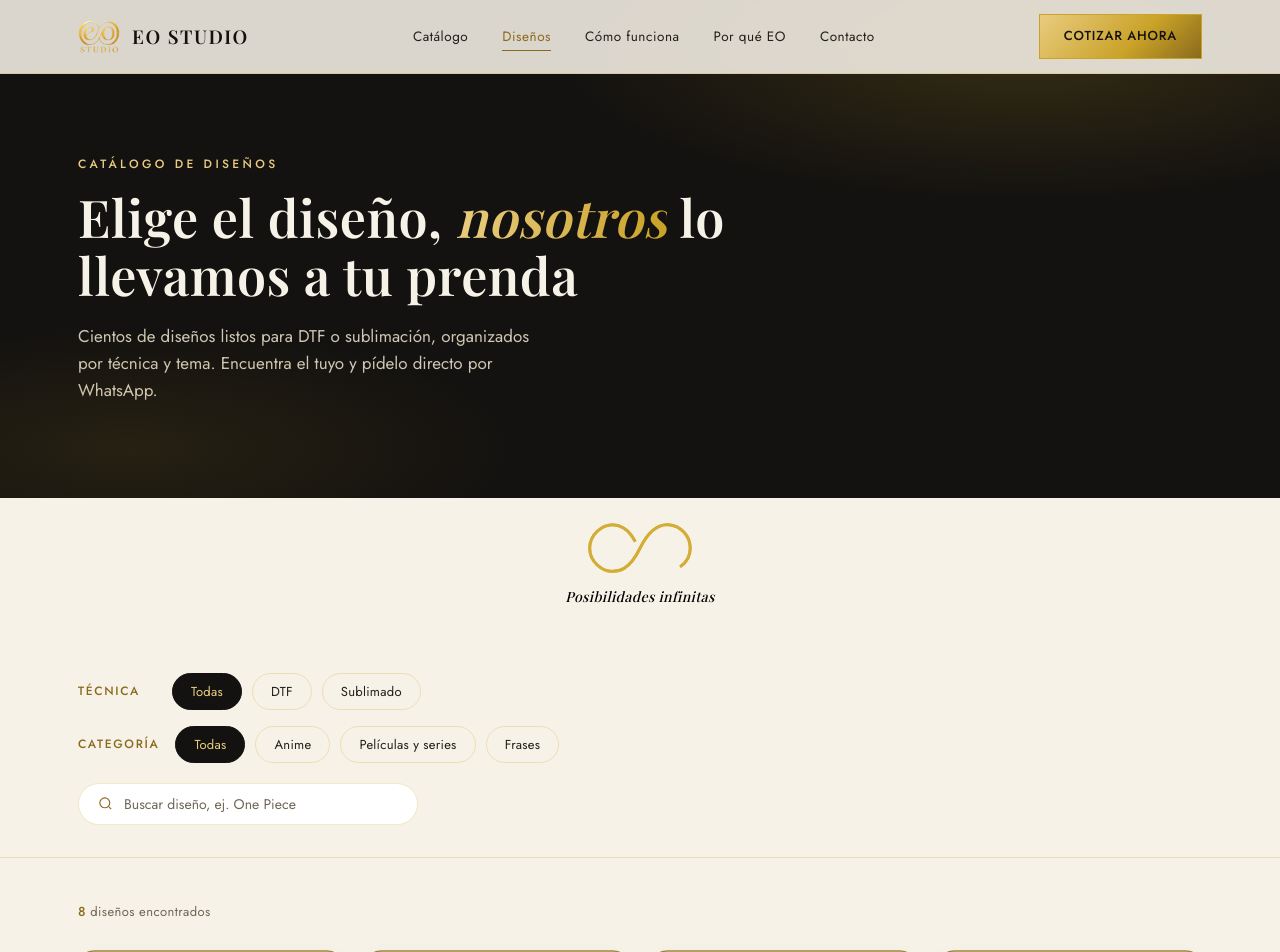
Repository: JAVIERYESE/EO_STUDIO
Page: disenos.html
The author's editor kept a copy of each file at every save. The page is drawn from the files as they stood at one save, then again after the next save.
The browser window is 1280 px wide. The pictures show the part of the page from y = 0 to 952 px (the page is 2695 px tall).
Pictures or frames that could not be fetched are drawn as grey boxes. Some web fonts or font styles are not loaded; a fallback is used.

Above is the page before, as saved 2026-08-30 12:17:40.

### disenos.html
<!DOCTYPE html>
<html lang="es">
<head>
<meta charset="UTF-8">
<meta name="viewport" content="width=device-width, initial-scale=1.0">
<title>Catálogo de Diseños — EO Studio</title>
<meta name="description" content="Explora los diseños disponibles en EO Studio para DTF o sublimación: anime, personajes, frases y más.">
<link rel="icon" type="image/png" href="imagenes/logo-120.png">
<link rel="preconnect" href="https://fonts.googleapis.com">
<link rel="preconnect" href="https://fonts.gstatic.com" crossorigin>
<link href="https://fonts.googleapis.com/css2?family=Playfair+Display:ital,wght@0,500;0,600;0,700;1,500&family=Jost:wght@300;400;500;600&display=swap" rel="stylesheet">
<script src="https://unpkg.com/@lottiefiles/lottie-player@latest/dist/lottie-player.js"></script>
<link rel="stylesheet" href="styles.css">
<link rel="stylesheet" href="disenos.css">
</head>
<body>

<header>
  <div class="nav">
    <a class="brand" href="index.html#top">
      <img src="imagenes/logo-120.png" alt="EO Studio">
      <span>EO STUDIO</span>
    </a>
    <nav class="nav-links">
      <a href="index.html#catalogo">Catálogo</a>
      <a href="disenos.html" class="is-current">Diseños</a>
      <a href="index.html#proceso">Cómo funciona</a>
      <a href="index.html#nosotros">Por qué EO</a>
      <a href="index.html#contacto">Contacto</a>
    </nav>
    <div class="nav-cta">
      <a class="btn btn-gold" href="index.html#contacto">Cotizar ahora</a>
      <button class="menu-toggle" aria-label="Abrir menú"><span></span><span></span><span></span></button>
    </div>
  </div>
</header>

<!-- ===== HERO DISEÑOS ===== -->
<section class="hero disenos-hero" id="top">
  <div class="wrap">
    <span class="eyebrow hero-eyebrow">Catálogo de diseños</span>
    <h1>Elige el diseño, <em>nosotros</em> lo llevamos a tu prenda</h1>
    <p class="lead">Cientos de diseños listos para DTF o sublimación, organizados por técnica y tema. Encuentra el tuyo y pídelo directo por WhatsApp.</p>
  </div>
</section>

<div class="mini-infinity-container">
    <lottie-player
        src="imagenes/Infinity Symbol.json"
        background="transparent"
        speed="0.4"
        loop
        autoplay>
    </lottie-player>

    <div class="mini-infinity-tag">
        <span>Posibilidades infinitas</span>
    </div>
</div>
<!-- ===== FILTROS ===== -->
<section class="filtros-section">
  <div class="wrap">

    <div class="filtro-grupo">
      <span class="filtro-label">Técnica</span>
      <div class="filtro-chips" data-filter-group="tecnica">
        <button class="chip is-active" data-value="todas">Todas</button>
        <button class="chip" data-value="dtf">DTF</button>
        <button class="chip" data-value="sublimado">Sublimado</button>
      </div>
    </div>

    <div class="filtro-grupo">
      <span class="filtro-label">Categoría</span>
      <div class="filtro-chips" data-filter-group="categoria">
        <button class="chip is-active" data-value="todas">Todas</button>
        <button class="chip" data-value="anime">Anime</button>
        <button class="chip" data-value="peliculas-series">Películas y series</button>
        <button class="chip" data-value="frases">Frases</button>
      </div>
    </div>

    <div class="filtro-buscador">
      <svg viewBox="0 0 24 24" fill="none" stroke="currentColor" stroke-width="1.6"><circle cx="11" cy="11" r="7"/><path d="m20 20-3.5-3.5"/></svg>
      <input type="text" id="buscador" placeholder="Buscar diseño, ej. One Piece">
    </div>

  </div>
</section>

<!-- ===== GRID DE DISEÑOS ===== -->
<section class="disenos-section">
  <div class="wrap">

    <p class="contador"><span id="contador-num">8</span> diseños encontrados</p>

    <div class="disenos-grid" id="disenos-grid">

      <!-- Tarjeta 1 -->
      <article class="diseno-card" data-tecnica="dtf sublimado" data-categoria="anime" data-nombre="one piece luffy gear 5">
        <div class="diseno-img">
          <img src="imagenes/disenos/anime-onepiece-01.jpg" alt="Diseño One Piece - Luffy Gear 5" loading="lazy">
          <span class="badge-tecnica">DTF · Sublimado</span>
        </div>
        <div class="diseno-info">
          <span class="diseno-cat">Anime</span>
          <h3>One Piece — Luffy Gear 5</h3>
          <a class="btn btn-gold btn-sm" href="https://wa.me/573046168524?text=Hola%2C%20me%20interesa%20el%20diseño%20One%20Piece%20-%20Luffy%20Gear%205" target="_blank" rel="noopener">Pedir este diseño</a>
        </div>
      </article>

      <!-- Tarjeta 2 -->
      <article class="diseno-card" data-tecnica="dtf" data-categoria="anime" data-nombre="dragon ball goku ultra instinto">
        <div class="diseno-img">
          <img src="imagenes/disenos/anime-dragonball-01.jpg" alt="Diseño Dragon Ball - Goku Ultra Instinto" loading="lazy">
          <span class="badge-tecnica">DTF</span>
        </div>
        <div class="diseno-info">
          <span class="diseno-cat">Anime</span>
          <h3>Dragon Ball — Goku Ultra Instinto</h3>
          <a class="btn btn-gold btn-sm" href="https://wa.me/573046168524?text=Hola%2C%20me%20interesa%20el%20diseño%20Dragon%20Ball%20-%20Goku%20Ultra%20Instinto" target="_blank" rel="noopener">Pedir este diseño</a>
        </div>
      </article>

      <!-- Tarjeta 3 -->
      <article class="diseno-card" data-tecnica="sublimado" data-categoria="peliculas-series" data-nombre="stranger things logo">
        <div class="diseno-img">
          <img src="imagenes/disenos/series-strangerthings-01.jpg" alt="Diseño Stranger Things logo" loading="lazy">
          <span class="badge-tecnica">Sublimado</span>
        </div>
        <div class="diseno-info">
          <span class="diseno-cat">Películas y series</span>
          <h3>Stranger Things — Logo clásico</h3>
          <a class="btn btn-gold btn-sm" href="https://wa.me/573046168524?text=Hola%2C%20me%20interesa%20el%20diseño%20Stranger%20Things%20-%20Logo%20clásico" target="_blank" rel="noopener">Pedir este diseño</a>
        </div>
      </article>

      <!-- Tarjeta 4 -->
      <article class="diseno-card" data-tecnica="dtf sublimado" data-categoria="peliculas-series" data-nombre="los simpson bart">
        <div class="diseno-img">
          <img src="imagenes/disenos/series-simpson-01.jpg" alt="Diseño Los Simpson - Bart" loading="lazy">
          <span class="badge-tecnica">DTF · Sublimado</span>
        </div>
        <div class="diseno-info">
          <span class="diseno-cat">Películas y series</span>
          <h3>Los Simpson — Bart</h3>
          <a class="btn btn-gold btn-sm" href="https://wa.me/573046168524?text=Hola%2C%20me%20interesa%20el%20diseño%20Los%20Simpson%20-%20Bart" target="_blank" rel="noopener">Pedir este diseño</a>
        </div>
      </article>

      <!-- Tarjeta 5 -->
      <article class="diseno-card" data-tecnica="dtf" data-categoria="frases" data-nombre="frase motivacional cafe">
        <div class="diseno-img">
          <img src="imagenes/disenos/frases-cafe-01.jpg" alt="Diseño de frase motivacional con café" loading="lazy">
          <span class="badge-tecnica">DTF</span>
        </div>
        <div class="diseno-info">
          <span class="diseno-cat">Frases</span>
          <h3>"Hoy es un buen día" — Tipografía</h3>
          <a class="btn btn-gold btn-sm" href="https://wa.me/573046168524?text=Hola%2C%20me%20interesa%20el%20diseño%20de%20frase%20-%20Hoy%20es%20un%20buen%20día" target="_blank" rel="noopener">Pedir este diseño</a>
        </div>
      </article>

      <!-- Tarjeta 6 -->
      <article class="diseno-card" data-tecnica="sublimado" data-categoria="anime" data-nombre="naruto sasuke">
        <div class="diseno-img">
          <img src="imagenes/disenos/anime-naruto-01.jpg" alt="Diseño Naruto y Sasuke" loading="lazy">
          <span class="badge-tecnica">Sublimado</span>
        </div>
        <div class="diseno-info">
          <span class="diseno-cat">Anime</span>
          <h3>Naruto — Naruto &amp; Sasuke</h3>
          <a class="btn btn-gold btn-sm" href="https://wa.me/573046168524?text=Hola%2C%20me%20interesa%20el%20diseño%20Naruto%20-%20Naruto%20%26%20Sasuke" target="_blank" rel="noopener">Pedir este diseño</a>
        </div>
      </article>

      <!-- Tarjeta 7 -->
      <article class="diseno-card" data-tecnica="dtf" data-categoria="peliculas-series" data-nombre="marvel spiderman">
        <div class="diseno-img">
          <img src="imagenes/disenos/peliculas-spiderman-01.jpg" alt="Diseño Marvel Spiderman" loading="lazy">
          <span class="badge-tecnica">DTF</span>
        </div>
        <div class="diseno-info">
          <span class="diseno-cat">Películas y series</span>
          <h3>Marvel — Spiderman</h3>
          <a class="btn btn-gold btn-sm" href="https://wa.me/573046168524?text=Hola%2C%20me%20interesa%20el%20diseño%20Marvel%20-%20Spiderman" target="_blank" rel="noopener">Pedir este diseño</a>
        </div>
      </article>

      <!-- Tarjeta 8 -->
      <article class="diseno-card" data-tecnica="dtf sublimado" data-categoria="frases" data-nombre="frase mama reina">
        <div class="diseno-img">
          <img src="imagenes/disenos/frases-mama-01.jpg" alt="Diseño de frase para mamá" loading="lazy">
          <span class="badge-tecnica">DTF · Sublimado</span>
        </div>
        <div class="diseno-info">
          <span class="diseno-cat">Frases</span>
          <h3>"Mamá reina" — Corona dorada</h3>
          <a class="btn btn-gold btn-sm" href="https://wa.me/573046168524?text=Hola%2C%20me%20interesa%20el%20diseño%20de%20frase%20-%20Mamá%20reina" target="_blank" rel="noopener">Pedir este diseño</a>
        </div>
      </article>

    </div>

    <p class="sin-resultados" id="sin-resultados" hidden>No encontramos diseños con esos filtros. Prueba con otra técnica o categoría, o <a href="https://wa.me/573046168524?text=Hola%2C%20estoy%20buscando%20un%20diseño%20específico" target="_blank" rel="noopener">pregúntanos directo por WhatsApp</a>.</p>

  </div>
</section>

<!-- ===== CTA FINAL ===== -->
<section class="cta">
  <div class="wrap">
    <span class="eyebrow eyebrow-light">¿No encuentras tu diseño?</span>
    <h2>Cuéntanos qué tienes en mente y lo creamos contigo</h2>
    <p>Envíanos tu idea, personaje o frase — te mostramos el mockup antes de producir.</p>
    <div class="cta-actions">
      <a class="btn btn-gold" href="https://wa.me/573046168524" target="_blank" rel="noopener">Escribir por WhatsApp</a>
    </div>
  </div>
</section>

<footer>
  <div class="wrap">
    <div class="foot-bottom">
      <span>© 2026 EO Studio. Todos los derechos reservados.</span>
      <a href="index.html#top">Volver al inicio ↑</a>
    </div>
  </div>
</footer>

<script src="disenos.js"></script>
</body>
</html>

### disenos.css
/* ===== HERO DISEÑOS (versión compacta del hero principal) ===== */
.disenos-hero{
  padding:150px 0 60px;
  text-align:left;
}
.disenos-hero h1{
  font-size:clamp(32px, 4.4vw, 52px);
  line-height:1.12;
  color:var(--ivory);
  max-width:760px;
  margin-bottom:18px;
}
.disenos-hero h1 em{
  font-style:italic;
  background:linear-gradient(90deg, var(--gold-light), var(--gold));
  -webkit-background-clip:text; background-clip:text; color:transparent;
}
.disenos-hero .lead{
  font-size:16.5px; color:#cfc7b4; max-width:520px; margin-bottom:0;
}

/* current nav link indicator */
.nav-links a.is-current{color:var(--gold-deep);}
.nav-links a.is-current::after{transform:scaleX(1); background:var(--gold-deep);}

/* ===== FILTROS ===== */
.filtros-section{
  padding:44px 0 8px;
  background:var(--ivory);
  position:sticky;
  top:72px;
  z-index:40;
  border-bottom:1px solid var(--line);
}
.filtro-grupo{
  display:flex;
  align-items:center;
  gap:16px;
  flex-wrap:wrap;
  margin-bottom:16px;
}
.filtro-label{
  font-size:12px;
  letter-spacing:0.14em;
  text-transform:uppercase;
  color:var(--gold-deep);
  font-weight:500;
  min-width:78px;
}
.filtro-chips{display:flex; gap:10px; flex-wrap:wrap;}
.chip{
  font-family:'Jost', sans-serif;
  font-size:13px;
  letter-spacing:0.02em;
  padding:8px 18px;
  border:1px solid var(--line);
  border-radius:999px;
  background:transparent;
  color:var(--text);
  cursor:pointer;
  transition:all .2s ease;
}
.chip:hover{border-color:var(--gold);}
.chip.is-active{
  background:var(--ink);
  border-color:var(--ink);
  color:var(--gold-light);
}
.filtro-buscador{
  display:flex;
  align-items:center;
  gap:10px;
  border:1px solid var(--line);
  border-radius:999px;
  padding:10px 18px;
  max-width:340px;
  margin:20px 0 24px;
  background:#fff;
}
.filtro-buscador svg{width:17px; height:17px; color:var(--gold-deep); flex-shrink:0;}
.filtro-buscador input{
  border:none; outline:none; background:transparent;
  font-family:'Jost', sans-serif; font-size:14px; color:var(--text);
  width:100%;
}
.filtro-buscador input::placeholder{color:var(--text-muted);}

/* ===== GRID DE DISEÑOS ===== */
.disenos-section{padding:44px 0 96px;}
.contador{
  font-size:13px;
  color:var(--text-muted);
  letter-spacing:0.03em;
  margin-bottom:28px;
}
.contador #contador-num{color:var(--gold-deep); font-weight:500;}

.disenos-grid{
  display:grid;
  grid-template-columns:repeat(4, 1fr);
  gap:22px;
}
.diseno-card{
  background:var(--ivory);
  border:1.5px solid var(--gold);
  border-radius:16px;
  overflow:hidden;
  box-shadow:0 8px 20px rgba(0,0,0,0.06);
  transition:all .3s ease;
  display:flex;
  flex-direction:column;
}
.diseno-card:hover{
  transform:translateY(-6px);
  border-color:var(--gold-deep);
  box-shadow:0 16px 30px rgba(0,0,0,0.12), 0 0 12px rgba(201,162,39,0.3);
}
.diseno-img{
  position:relative;
  aspect-ratio:1/1;
  background:linear-gradient(135deg, var(--ink) 0%, #2a251d 60%, var(--ink) 100%);
  overflow:hidden;
}
.diseno-img img{
  width:100%; height:100%; object-fit:cover;
  transition:transform .4s ease;
}
.diseno-card:hover .diseno-img img{transform:scale(1.05);}
.badge-tecnica{
  position:absolute; top:12px; left:12px;
  background:rgba(20,18,16,0.78);
  color:var(--gold-light);
  font-size:10.5px;
  letter-spacing:0.06em;
  text-transform:uppercase;
  padding:5px 10px;
  border-radius:999px;
  border:1px solid rgba(201,162,39,0.4);
}
.diseno-info{
  padding:18px 18px 20px;
  display:flex;
  flex-direction:column;
  gap:8px;
  flex-grow:1;
}
.diseno-cat{
  font-size:11px;
  letter-spacing:0.1em;
  text-transform:uppercase;
  color:var(--gold-deep);
}
.diseno-info h3{
  font-size:16px;
  line-height:1.3;
  margin-bottom:6px;
}
.btn-sm{
  padding:9px 16px;
  font-size:11.5px;
  margin-top:auto;
  justify-content:center;
  width:100%;
}

.sin-resultados{
  display:block;
  text-align:center;
  padding:60px 20px;
  color:var(--text-muted);
  font-size:15px;
}
.sin-resultados a{color:var(--gold-deep); text-decoration:underline;}

/* ===== RESPONSIVE ===== */
@media (max-width:900px){
  .disenos-grid{grid-template-columns:repeat(2, 1fr);}
  .filtros-section{position:static;}
  .filtro-label{min-width:100%; margin-bottom:2px;}
}
@media (max-width:520px){
  .disenos-grid{grid-template-columns:1fr 1fr; gap:14px;}
  .diseno-info{padding:14px 12px 16px;}
  .diseno-info h3{font-size:14px;}
  .filtro-buscador{max-width:100%;}
}

/* =====contenedor infinito === */
/* Contenedor alineado al centro exacto */
.mini-infinity-container {
  display: flex;
  flex-direction: column;
  justify-content: center;
  align-items: center;
  width: 100%;
  margin: 0 auto;
  padding: 20px 0;
  text-align: center;
}

/* Tamaño del Lottie en la sección clara */
.mini-infinity-container lottie-player {
  width: 120px;
  height: 60px;
  display: block;
  margin: 0 auto;
}

/* Estilo del texto debajo del infinito */
.mini-infinity-tag {
  margin-top: 8px;
  width: 100%;
}

.mini-infinity-tag span {
  display: block;
  font-family: 'Playfair Display', serif;
  font-style: italic;
  color: #000000; /* Color oscuro para resaltar sobre el fondo claro */
  font-size: 14px;
  letter-spacing: 0.03em;
}

Loaded but not shown: imagenes/Infinity Symbol.json (1 lines, source omitted); disenos.js (50 lines, source omitted); styles.css (537 lines, source omitted)

After the next save:
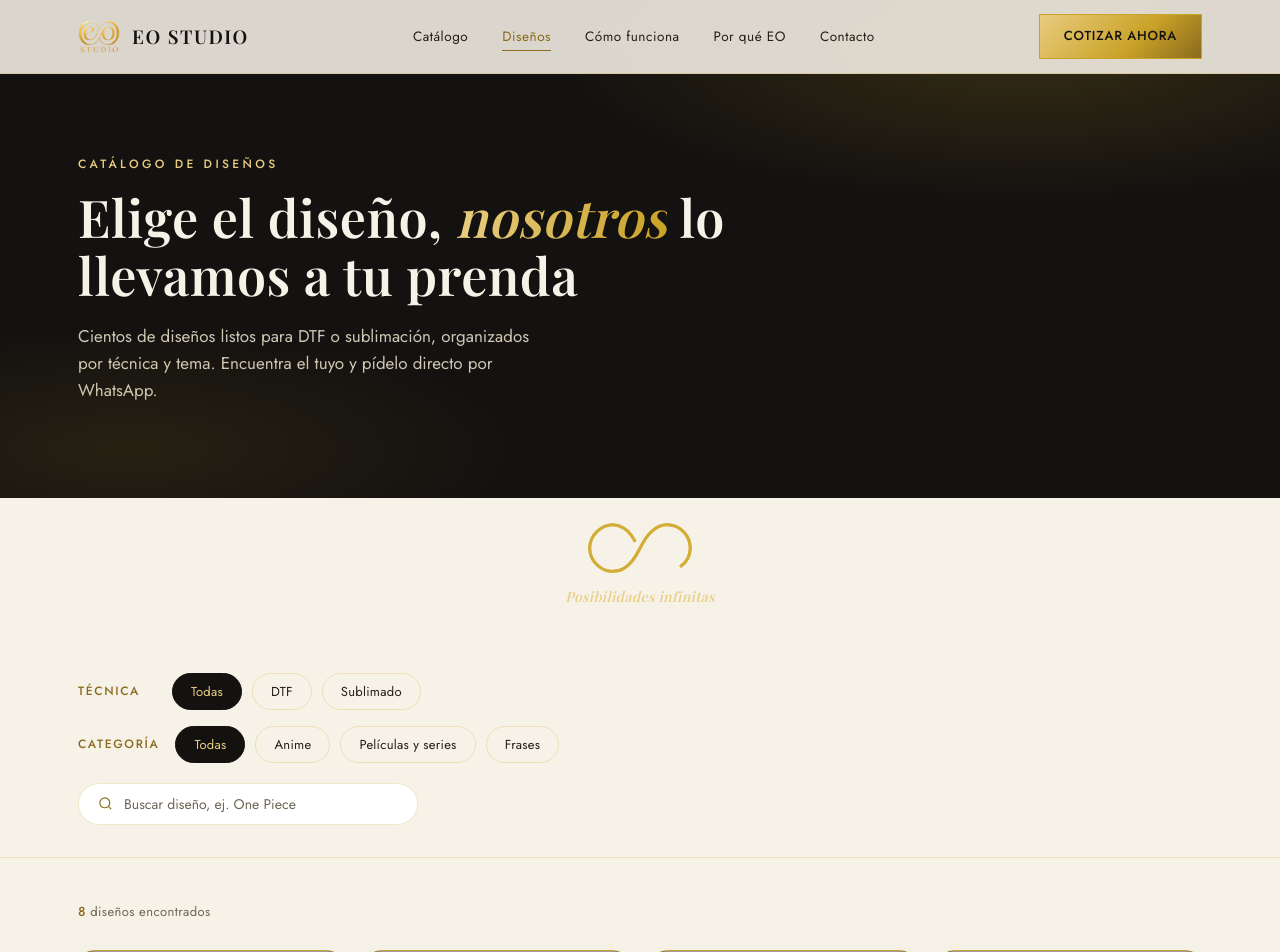
Saved 2 min 16 s later.
--- a/disenos.css
+++ b/disenos.css
@@ -186,7 +186,7 @@
 }
 
 /* =====contenedor infinito === */
-/* Contenedor alineado al centro exacto */
+
 .mini-infinity-container {
   display: flex;
   flex-direction: column;
@@ -198,7 +198,7 @@
   text-align: center;
 }
 
-/* Tamaño del Lottie en la sección clara */
+/* Tamaño del Lottie */
 .mini-infinity-container lottie-player {
   width: 120px;
   height: 60px;
@@ -216,7 +216,7 @@
   display: block;
   font-family: 'Playfair Display', serif;
   font-style: italic;
-  color: #000000; /* Color oscuro para resaltar sobre el fondo claro */
+  color:var(--gold-light);
   font-size: 14px;
   letter-spacing: 0.03em;
 }
